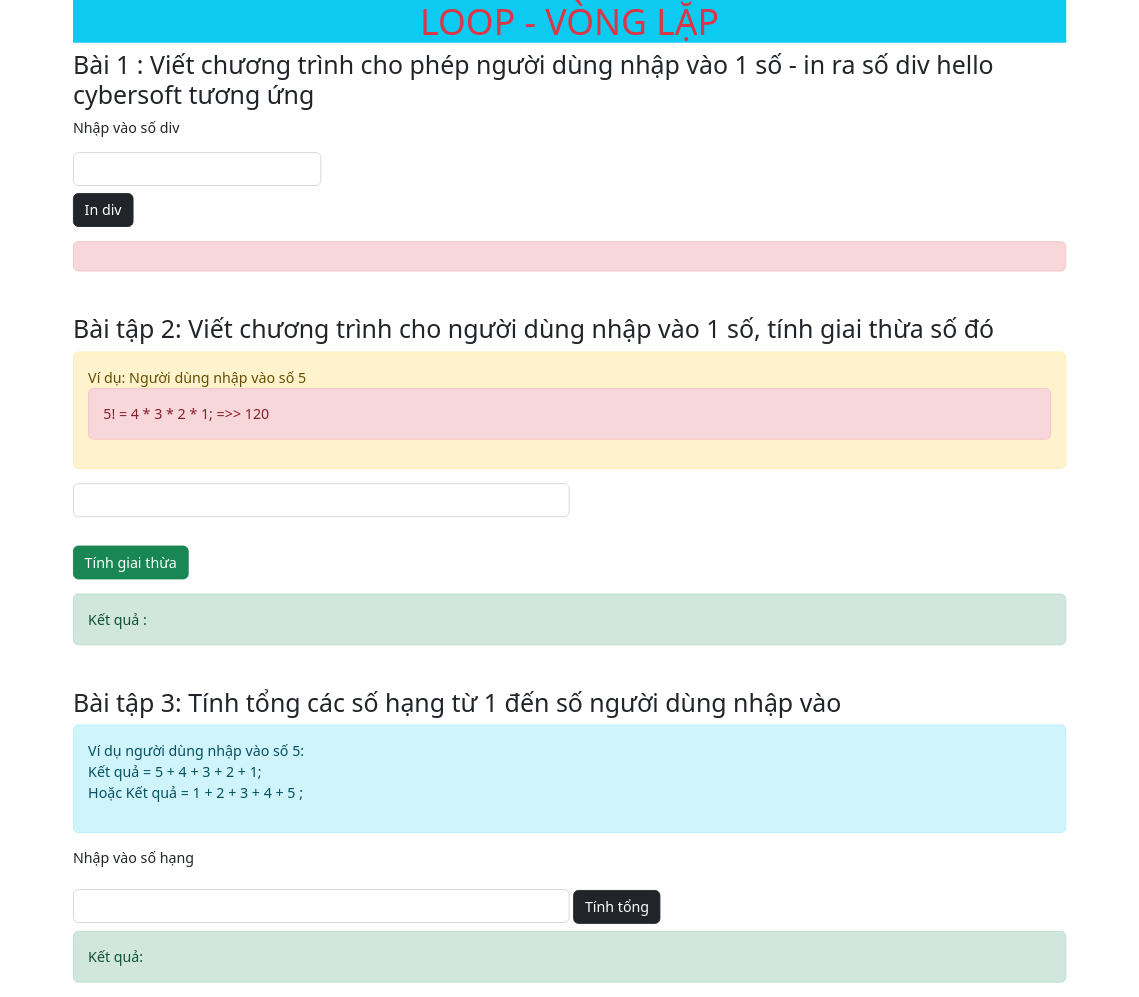
Repository: hcozyph/cyberSoft_JS_fulldocs
Page: JS_6_LOOP/index.html
An editor plug-in stored every save of this project. The page is shown before and after the next save, followed by the edit.
The browser window is 1280 px wide. The pictures show the whole page, at 89% of full size.

Above is the page before, as saved 2023-02-08 21:08:34.

After the next save:
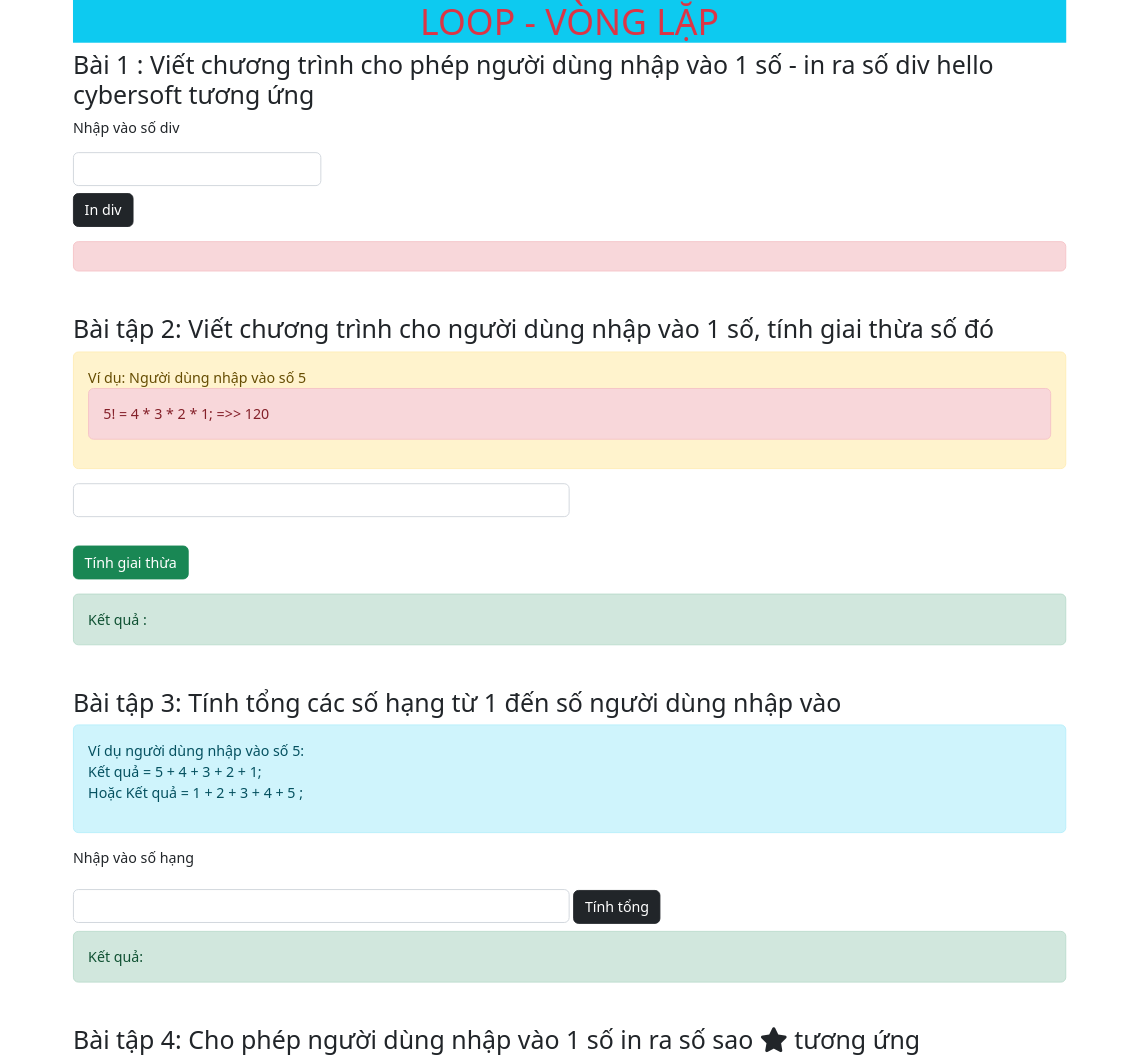
Saved 89 s later.
--- a/JS_6_LOOP/index.html
+++ b/JS_6_LOOP/index.html
@@ -111,6 +111,12 @@
             <div class="alert alert-success">
                 Kết quả: <span id="ket-qua-bai-3"></span>
             </div>
+
+            <!-- BT 4: IN RA SỐ SAO -->
+            <h3 class="mt-5">
+                Bài tập 4: Cho phép người dùng nhập vào 1 số in ra số sao
+                <i class="fa fa-star"></i> tương ứng
+            </h3>
         </div>
 
         <!-- Bootstrap JavaScript Libraries -->
